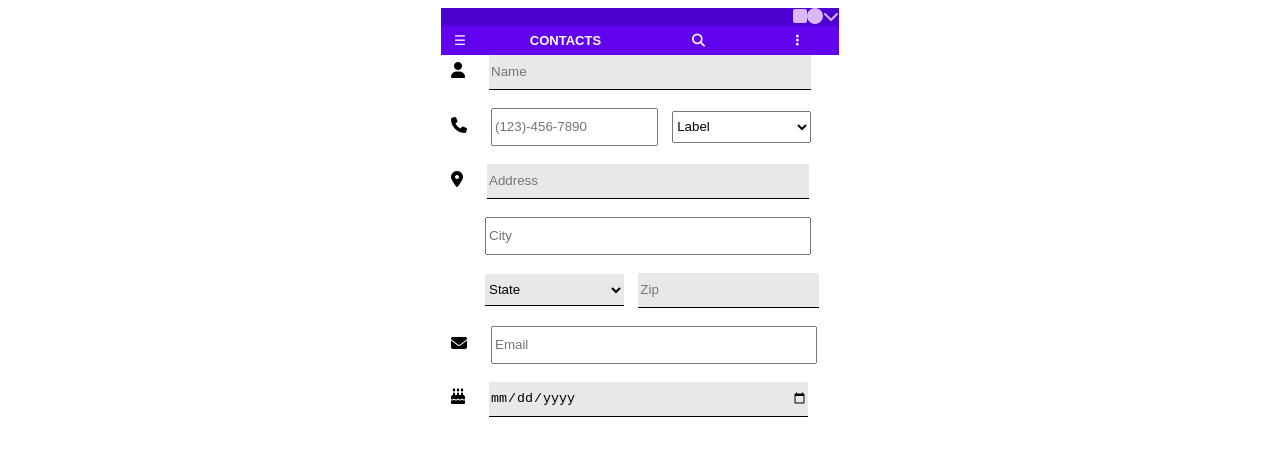
Repository: Sc-Juju/Mobile-Form
Page: index.html
These files come from the project's save history. The page is drawn as it stood at one moment and after the next save; the edit follows.
The browser window is 1280 px wide. The pictures show the whole page.
Some web libraries are served in a nearby version.

Above is the page before, as saved 2022-10-27 22:09:08.

### index.html
<!DOCTYPE html>
<html>
	<head>
		<meta charset="utf-8" />
		<meta http-equiv="X-UA-Compatible" content="IE=edge" />
		<title>Mobile Form</title>
		<meta name="description" content="" />
		<meta name="viewport" content="width=device-width, initial-scale=1" />
		<link rel="stylesheet" href="./style.css" />
		<script
			src="https://kit.fontawesome.com/020fb16134.js"
			crossorigin="anonymous"
		></script>
	</head>
	<body>
		<header>
			<div class="container">
				<ul class="navbar nav-top">
					<li class="nav-link">
						<i class="fa-solid fa-square"></i>
					</li>
					<li class="nav-link">
						<i class="fa-solid fa-circle"></i>
					</li>
					<li class="nav-link">
						<i class="fa-solid fa-chevron-down"></i>
					</li>
				</ul>
			</div>
			<div class="nav">
				<ul class="navbar nav-bottom">
					<li class="nav-link">
						<button class="btn">&#9776;</button>
					</li>
					<li class="nav-link">
						<a href="#">Contacts</a>
					</li>
					<li class="nav-link nav-right">
						<a href="#">
							<i class="fa-solid fa-magnifying-glass"></i>
						</a>
					</li>
					<li class="nav-link nav-right">
						<a href="#">
							<i class="fa-solid fa-ellipsis-vertical"></i>
						</a>
					</li>
				</ul>
			</div>
		</header>
		<form action="">
			<label for="name"><i class="fa-solid fa-user"></i></label>
			<input
				type="text"
				id="name"
				name="name"
				placeholder="Name"
				class="grey-box"
			/><br /><br />
			<label for="phone"><i class="fa-solid fa-phone"></i></label>
			<input
				type="tel"
				name="phone"
				id="phone"
				placeholder="(123)-456-7890"
			/>
			<select name="Label" id="Label">
				<option value="" disabled selected hidden>Label</option>
			</select>
			<br /><br />
			<label for="address"
				><i class="fa-solid fa-location-dot"></i
			></label>
			<input
				type="text"
				placeholder="Address"
				id="address"
				name="address"
				class="grey-box"
			/>
			<br /><br />
			<label for="city"
				><i class="fa-solid fa-check transparent"></i>
			</label>
			<input type="text" id="city" name="city" placeholder="City" />
			<br /><br />
			<label for="state"
				><i class="fa-solid fa-check transparent"></i>
			</label>
			<select name="state" id="state" class="grey-box">
				<option value="" disabled selected hidden>State</option>
				<option value="AL">Alabama</option>
				<option value="AK">Alaska</option>
				<option value="AZ">Arizona</option>
				<option value="AR">Arkansas</option>
				<option value="CA">California</option>
				<option value="CO">Colorado</option>
				<option value="CT">Connecticut</option>
				<option value="DE">Delaware</option>
				<option value="DC">District Of Columbia</option>
				<option value="FL">Florida</option>
				<option value="GA">Georgia</option>
				<option value="HI">Hawaii</option>
				<option value="ID">Idaho</option>
				<option value="IL">Illinois</option>
				<option value="IN">Indiana</option>
				<option value="IA">Iowa</option>
				<option value="KS">Kansas</option>
				<option value="KY">Kentucky</option>
				<option value="LA">Louisiana</option>
				<option value="ME">Maine</option>
				<option value="MD">Maryland</option>
				<option value="MA">Massachusetts</option>
				<option value="MI">Michigan</option>
				<option value="MN">Minnesota</option>
				<option value="MS">Mississippi</option>
				<option value="MO">Missouri</option>
				<option value="MT">Montana</option>
				<option value="NE">Nebraska</option>
				<option value="NV">Nevada</option>
				<option value="NH">New Hampshire</option>
				<option value="NJ">New Jersey</option>
				<option value="NM">New Mexico</option>
				<option value="NY">New York</option>
				<option value="NC">North Carolina</option>
				<option value="ND">North Dakota</option>
				<option value="OH">Ohio</option>
				<option value="OK">Oklahoma</option>
				<option value="OR">Oregon</option>
				<option value="PA">Pennsylvania</option>
				<option value="RI">Rhode Island</option>
				<option value="SC">South Carolina</option>
				<option value="SD">South Dakota</option>
				<option value="TN">Tennessee</option>
				<option value="TX">Texas</option>
				<option value="UT">Utah</option>
				<option value="VT">Vermont</option>
				<option value="VA">Virginia</option>
				<option value="WA">Washington</option>
				<option value="WV">West Virginia</option>
				<option value="WI">Wisconsin</option>
				<option value="WY">Wyoming</option>
			</select>
			<input
				type="number"
				id="zipcode"
				name="zipcode"
				placeholder="Zip"
				class="grey-box"
			/>
			<br /><br />
			<label for="email"><i class="fa-solid fa-envelope"></i></label>
			<input type="email" name="email" id="email" placeholder="Email" />
			<br /><br />
			<label for="birthday"
				><i class="fa-solid fa-cake-candles"></i
			></label>
			<input
				type="date"
				name="birthday"
				id="birthday"
				placeholder="Birthday"
				class="grey-box"
			/>
		</form>
	</body>
</html>

### style.css
:root{
    --white:#fff;
    --black: #000;
    --header-top:rgba(76,1,208,255);
    --header-bottom:rgba(98,3,238,255);
    --content-box:rgba(232,232,231,255);
    --header-top-icon:rgba(216,183,253,255);
    width: 414px;
    margin: auto;
}
.btn{
    display: inline-block;
    font-weight: 400;
    color:var(--white);
    text-align: center;
    cursor: pointer;
    user-select: none;
    background-color: transparent;
    border: 1px solid transparent;
    padding: .375rem .75rem;
    transition: ease-in-out .3s;
}
.container{
    margin-left: auto;
    background-color:var(--header-top);
    display: inline-flex;
    width: 100%;
    justify-content: flex-end;
    align-self: flex-end;
}
ul{
    padding:0;
    margin:0;
    list-style: none;
}
.navbar{
    display: flex;
    align-items: center;
    transition: ease-in-out .3s;
}
.nav-top{
    background-color: var(--header-top);
    color: var(--header-top-icon);
}
.nav-bottom{
    background-color: var(--header-bottom);
    width: 100%;
    justify-content: space-between;
}
.nav-link a{
    color: var(--white);
    font-size: .8125rem;
    font-weight: 600;
    font-family: "Hind", sans-serif;
    text-transform: uppercase;
    margin-right: 2.5rem;
    line-height: 1.25rem;
}
.nav-right{
    justify-content: flex-end;
}
a {text-decoration: none;}
.nav-icon{
    height:30px;
}
input[type=text]{
    width:80%;
    margin: 0 auto;
}
input[type=email]{ width: 80%;}
input[type=date]{width: 80%;}
input[type=tel]{
    width: 40%;
    margin-right:10px;
}
.grey-box{
    background-color: var(--content-box);
    border-top-style: hidden;
    border-right-style: hidden;
    border-left-style: hidden;
    border-bottom-style: groove;
    border-bottom: 1px solid black;
}
input{
    line-height: 2rem;
}
select{
    height:2rem;
    width: 35%;
}
label{
    padding-right: 20px;
    padding-left: 10px;
}
.transparent{
    color:transparent;
    margin-left:-4px;
}
#zipcode{
    margin-left:10px;
}

After the next save:
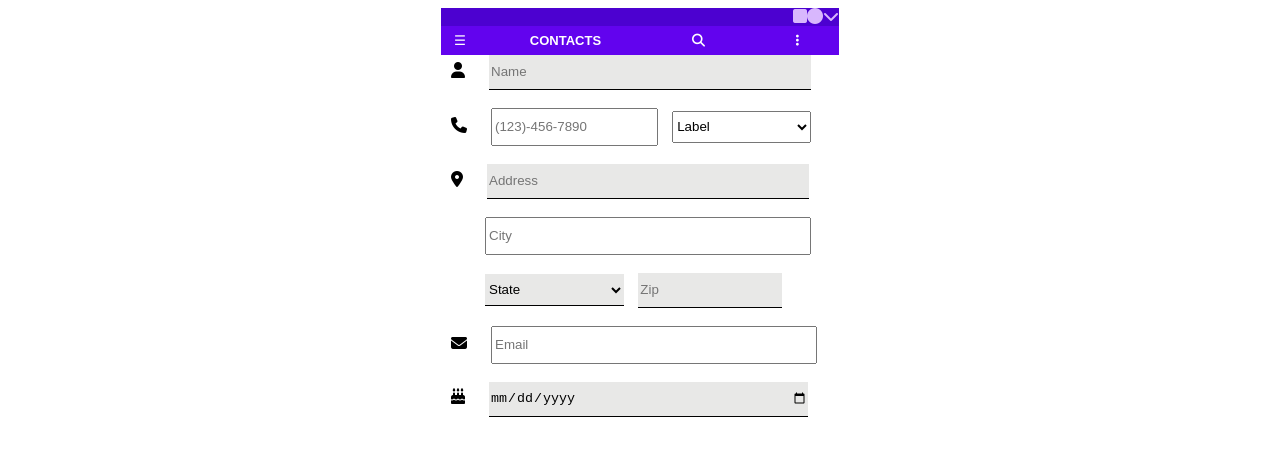
Saved 45 s later.
--- a/style.css
+++ b/style.css
@@ -98,4 +98,5 @@ label{
 }
 #zipcode{
     margin-left:10px;
+    width:35%;
 }
